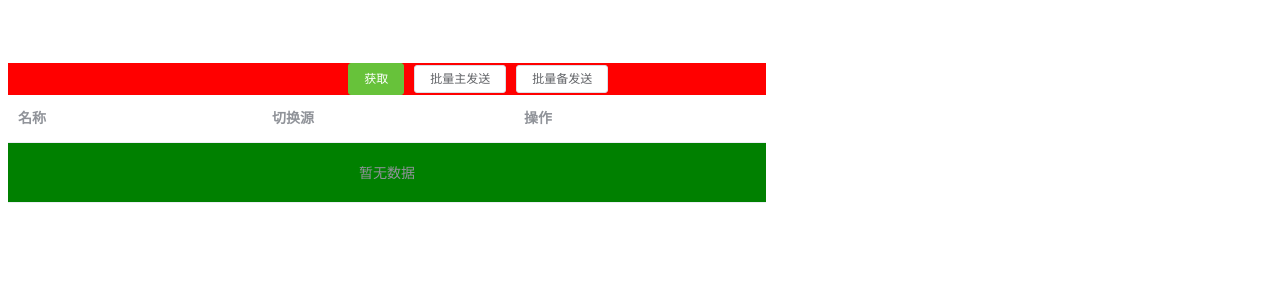
Repository: faintout/BHMQTTSendTool
Page: /
An editor plug-in stored every save of this project. The page is shown before and after the next save, followed by the edit.
The browser window is 1280 px wide. The pictures show the whole page.
The page's requests for data from a server got no answer. The project was rebuilt for these pictures with package versions that can differ from the ones it lists, and the page was loaded fresh each time. No one was signed in, and anything a server would have sent is missing. Also part of the build but not shown: vue.config.js.

Above is the page before, as saved 2020-09-03 13:50:02.

After the next save:
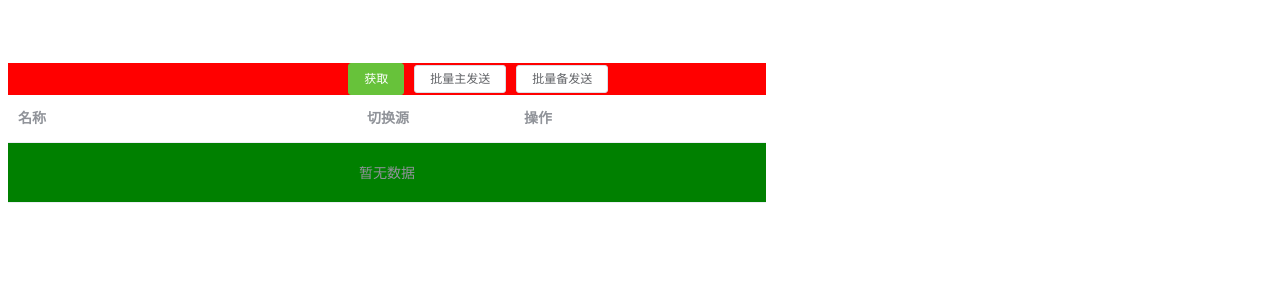
Saved 6 min 48 s later.
--- a/src/views/MqttSendTool.vue
+++ b/src/views/MqttSendTool.vue
@@ -13,7 +13,7 @@
             >
             <el-table-column prop="name" label="名称">
             </el-table-column>
-            <el-table-column label="切换源">
+            <el-table-column label="切换源" align='center'>
                 <template slot-scope="scope">
                     <el-radio-group v-model="scope.row.switchStatus">
                         <el-radio :label="0" @click="scope.row.switchStatus = 0">主</el-radio>
